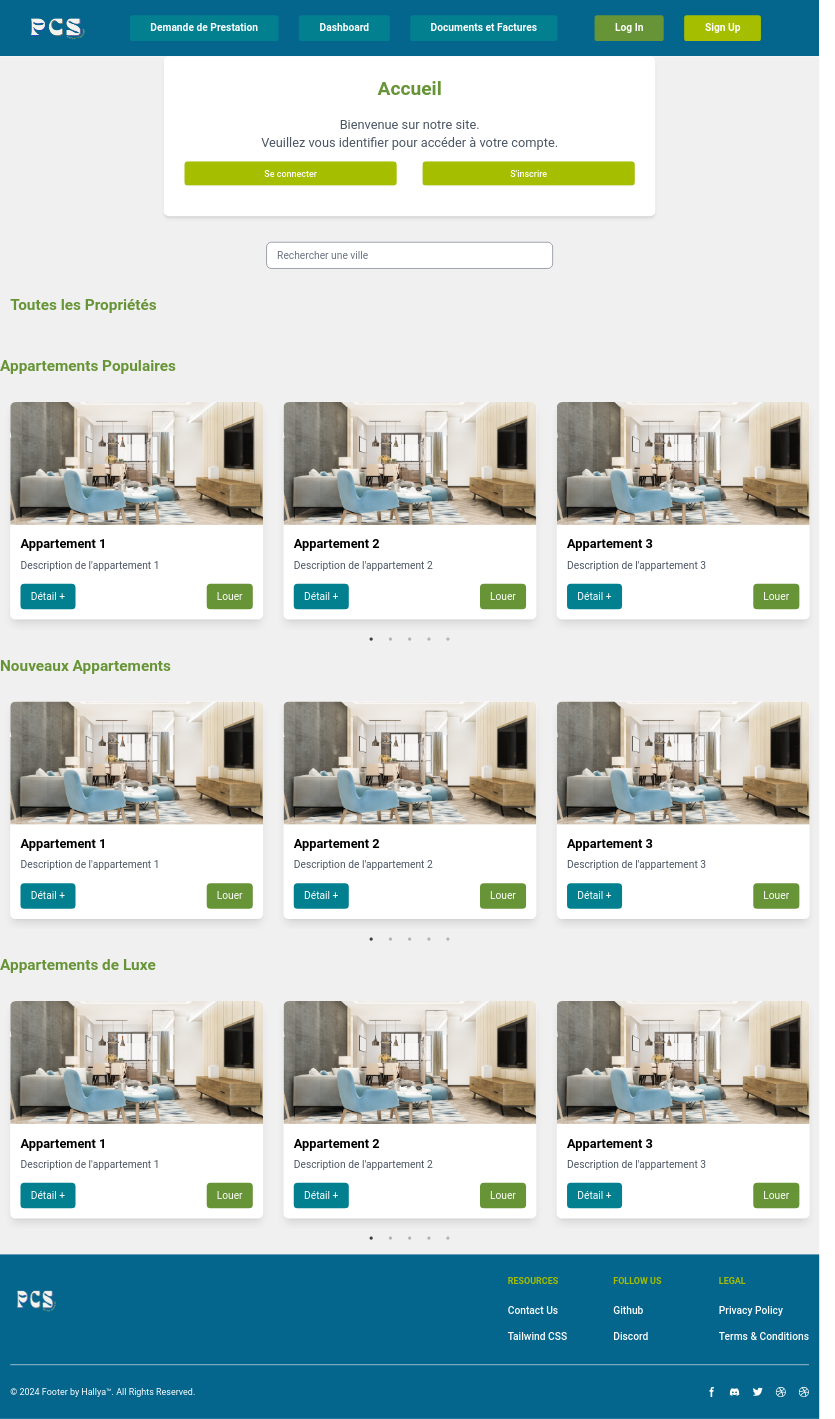
Repository: HATTOUNGBRE/ProjetAnnuel2
Page: / (app in FRONT/)
The author's editor kept a copy of each file at every save. The page is drawn from the files as they stood at one save, then again after the next save.
The browser window is 1280 px wide. The page is 1305 px wide, so the pictures cover 1305 px, including what lies to the right of the window. The pictures show the whole page, at 64% of full size.
The page's requests for data from a server got no answer. The project was rebuilt for these pictures with package versions that can differ from the ones it lists, and the page was loaded fresh each time. No one was signed in, and anything a server would have sent is missing. Also part of the build but not shown: FRONT/vite.config.js, FRONT/src/components/PropertyCard.jsx, FRONT/src/components/Contact.jsx, FRONT/src/components/CatUser.jsx, FRONT/src/components/Login.jsx, FRONT/src/components/prestataire/PrestataireType.jsx, FRONT/src/components/prestataire/PrestataireDetails.jsx, FRONT/src/components/Account.jsx and 14 more.

Above is the page before, as saved 2024-06-28 10:50:18.

### FRONT/src/main.jsx
import React from 'react'
import ReactDOM from 'react-dom/client'
import App from './App.jsx'
import './App.css'
import { AuthProvider } from './components/AuthContext';
import {
  BrowserRouter,
  Route,
  Link
} from "react-router-dom";

ReactDOM.createRoot(document.getElementById('root')).render(
  <React.StrictMode>
    <AuthProvider>
    <App />
    </AuthProvider>
  </React.StrictMode>,
)

### FRONT/src/App.css
@tailwind base;
@tailwind components;
@tailwind utilities;

html, body {
  height: 100%;
  width: 100%;
  margin: 0;
  padding: 0;
  font-family: 'Roboto', sans-serif;
}


.logo {
  height: 5em;
  width: 7em;
  /* will-change: filter; */
  transition: filter 300ms;
}
.logo:hover {
}
.logo.react:hover {
  filter: drop-shadow(0 0 2em #61dafbaa);
}

@keyframes logo-spin {
  from {
    transform: rotate(0deg);
  }
  to {
    transform: rotate(360deg);
  }
}


.card {
  padding: 2em;
}

.read-the-docs {
  color: #888;
}
footer {
  position: absolute;
  left: 0;
  bottom: 0;
  width: 100%;
}
html, body {
  height: 100%;
  margin: 0;
  padding: 0;

}



footer {
  flex-shrink: 0; /* Empêche le pied de page de rétrécir si le contenu est trop grand */
}

.main-content {
  flex: 1;
  padding: 24px;
  overflow-y: auto;
  display: flex;
  flex-direction: column;
}

### FRONT/src/components/Header.jsx
import { useState, useEffect } from 'react';
import Nav from './Nav';
import { Link } from "react-router-dom";

function Header(props) {
  const { isLoggedIn, userRole } = props;

  return (
    <div>
      <header className="bg-pcs-200 sticky top-0 z-[20]">
        <nav className="bg-pcs-200 border-gray-200 dark:bg-gray-900 w-full">
          <div className="w-full flex flex-wrap items-center justify-around p-1">
            <Link to="/" className="flex items-center space-x-3 rtl:space-x-reverse">
              <img src="/public/images/fullDay.png" className="h-8 logo" alt="PCSLogo" />
            </Link>
            <Nav isLoggedIn={isLoggedIn} userRole={userRole} />
            <button
              data-collapse-toggle="navbar-default"
              type="button"
              className="inline-flex items-center p-2 w-10 h-10 justify-center text-sm text-gray-500 rounded-lg md:hidden focus:outline-none focus:ring-2 focus:ring-gray-200 dark:text-gray-400 dark:focus:ring-gray-600"
              aria-controls="navbar-default"
              aria-expanded="false"
            >
              <span className="sr-only">Open main menu</span>
              <svg
                className="w-5 h-5"
                aria-hidden="true"
                xmlns="http://www.w3.org/2000/svg"
                fill="none"
                viewBox="0 0 17 14"
              >
                <path
                  stroke="currentColor"
                  strokeLinecap="round"
                  strokeLinejoin="round"
                  strokeWidth="2"
                  d="M1 1h15M1 7h15M1 13h15"
                />
              </svg>
            </button>
            <div className="hidden w-full md:block md:w-auto" id="navbar-default"></div>
          </div>
        </nav>
      </header>
    </div>
  );
}

export default Header;

### FRONT/src/components/Main.jsx
// src/components/Main.jsx
import React, { useState, useContext, useEffect } from 'react';
import AuthContext from './AuthContext';
import { Link } from 'react-router-dom';
import PropertyRow from './PropertyRow';
import Slider from 'react-slick';
import 'slick-carousel/slick/slick.css';
import 'slick-carousel/slick/slick-theme.css';

function Main() {
  const { isLoggedIn, userRole } = useContext(AuthContext);

  const [searchTerm, setSearchTerm] = useState('');
  const [cities, setCities] = useState([]);

  useEffect(() => {
    if (searchTerm.length >= 2) {
      searchCities(searchTerm);
    } else {
      setCities([]);
    }
  }, [searchTerm]);

  const searchCities = async (term) => {
    try {
      const response = await fetch(`https://geo.api.gouv.fr/communes?nom=${term}&fields=departement&boost=population&limit=5`);
      const data = await response.json();
      setCities(data);
    } catch (error) {
      console.error('Error fetching cities:', error);
    }
  };

  const sliderSettings = {
    dots: true,
    infinite: true,
    speed: 500,
    slidesToShow: 3,
    slidesToScroll: 1,
    responsive: [
      {
        breakpoint: 1024,
        settings: {
          slidesToShow: 2,
          slidesToScroll: 1,
          infinite: true,
          dots: true
        }
      },
      {
        breakpoint: 600,
        settings: {
          slidesToShow: 1,
          slidesToScroll: 1
        }
      }
    ]
  };

  const defaultImageUrl = '/uploads/property_photos/default_appart.jpg';

  return (
    <div className="min-h-screen bg-pcs-100 flex flex-col items-center justify-center">
      <div className="max-w-3xl w-full p-8 bg-white shadow-md rounded-lg text-center">
        <h1 className="text-3xl font-semibold text-pcs-400 mb-6">Accueil</h1>
        {isLoggedIn ? (
          <p className="text-xl text-pcs-300">
            Vous êtes connecté.e en tant que <span className="font-bold">{userRole}</span>
          </p>
        ) : (
          <div>
            <p className="text-xl text-gray-600">Bienvenue sur notre site.</p>
            <p className="text-xl text-gray-600">Veuillez vous identifier pour accéder à votre compte.</p>
            <div className='flex justify-center mt-4 space-x-10'>
              <button className='w-full px-4 mb-4 py-2 text-sm font-medium text-white bg-pcs-300 border border-transparent rounded-md shadow-sm hover:bg-pcs-400'>
                <Link to="/components/catUser">Se connecter</Link>
              </button>
              <button className='w-full px-4 mb-4 py-2 text-sm font-medium text-white bg-pcs-300 border border-transparent rounded-md shadow-sm hover:bg-pcs-400'>
                <Link to="/components/inscription">S'inscrire</Link>
              </button>
            </div>
          </div>
        )}
      </div>

      {/* Barre de recherche de villes */}
      <div className="mt-10 w-full max-w-md">
        <input
          type="text"
          className="w-full px-4 py-2 border rounded-lg focus:outline-none focus:ring-2 focus:ring-blue-500"
          placeholder="Rechercher une ville"
          value={searchTerm}
          onChange={(e) => setSearchTerm(e.target.value)}
        />
        {cities.length > 0 && (
          <ul className="mt-2 bg-white border rounded-lg">
            {cities.map((city) => (
              <li key={city.code} className="px-4 py-2 border-b last:border-b-0">
                {city.nom} ({city.departement.nom})
              </li>
            ))}
          </ul>
        )}
      </div>

      {/* Categories with carousels */}
      <PropertyRow title="Toutes les Propriétés" apiUrl="http://localhost:8000/api/properties" />
      <div className="mt-10 w-full">
        <h2 className="text-2xl font-semibold text-pcs-400 mb-6">Appartements Populaires</h2>
        <Slider {...sliderSettings}>
          {[1, 2, 3, 4, 5].map(item => (
            <div key={item} className="p-4">
              <div className="bg-white shadow-lg rounded-lg overflow-hidden">
                <img src={defaultImageUrl} alt={`Appartement ${item}`} className="h-48 w-full object-cover" />
                <div className="p-4">
                  <h3 className="text-xl font-semibold mb-2">Appartement {item}</h3>
                  <p className="text-gray-600 mb-4">Description de l'appartement {item}</p>
                  <div className="flex justify-between">
                    <button className="bg-pcs-250 hover:bg-pcs-200 text-white py-2 px-4 rounded-md">Détail +</button>
                    <button className="bg-pcs-400 text-white py-2 px-4 rounded-md">Louer</button>
                  </div>
                </div>
              </div>
            </div>
          ))}
        </Slider>
      </div>

      <div className="mt-10 w-full">
        <h2 className="text-2xl font-semibold text-pcs-400 mb-6">Nouveaux Appartements</h2>
        <Slider {...sliderSettings}>
          {[1, 2, 3, 4, 5].map(item => (
            <div key={item} className="p-4">
              <div className="bg-white shadow-lg rounded-lg overflow-hidden">
                <img src={defaultImageUrl} alt={`Appartement ${item}`} className="h-48 w-full object-cover" />
                <div className="p-4">
                  <h3 className="text-xl font-semibold mb-2">Appartement {item}</h3>
                  <p className="text-gray-600 mb-4">Description de l'appartement {item}</p>
                  <div className="flex justify-between">
                    <button className="bg-pcs-250 hover:bg-pcs-200 text-white py-2 px-4 rounded-md">Détail +</button>
                    <button className="bg-pcs-400 text-white py-2 px-4 rounded-md">Louer</button>
                  </div>
                </div>
              </div>
            </div>
          ))}
        </Slider>
      </div>

      <div className="mt-10 mb-10 w-full">
        <h2 className="text-2xl font-semibold text-pcs-400 mb-6">Appartements de Luxe</h2>
        <Slider {...sliderSettings}>
          {[1, 2, 3, 4, 5].map(item => (
            <div key={item} className="p-4">
              <div className="bg-white shadow-lg rounded-lg overflow-hidden">
                <img src={defaultImageUrl} alt={`Appartement ${item}`} className="h-48 w-full object-cover" />
                <div className="p-4">
                  <h3 className="text-xl font-semibold mb-2">Appartement {item}</h3>
                  <p className="text-gray-600 mb-4">Description de l'appartement {item}</p>
                  <div className="flex justify-between">
                    <button className="bg-pcs-250 hover:bg-pcs-200 text-white py-2 px-4 rounded-md">Détail +</button>
                    <button className="bg-pcs-400 text-white py-2 px-4 rounded-md">Louer</button>
                  </div>
                </div>
              </div>
            </div>
          ))}
        </Slider>
      </div>
    </div>
  );
}

export default Main;

### FRONT/src/components/Nav.jsx
import { Link } from "react-router-dom";

function Nav(props) {
    const { isLoggedIn, userRole } = props;

    console.log('isLoggedIn page NAV:', isLoggedIn);
    return (
        <>
            <div className='flex space-x-8'>
                <Link to={`/${userRole}/Reservation`}>
                    <button className="bg-pcs-250 hover:bg-pcs-300 text-white font-bold py-2 px-8 rounded">
                        Demande de Prestation
                    </button>
                </Link>

                <Link to={`/components/dashboard/${userRole}`}>
                    <button className="bg-pcs-250 hover:bg-pcs-300 text-white font-bold py-2 px-8 rounded">
                        Dashboard
                    </button>
                </Link>

                <Link to={`/${userRole}/Prestation`}>
                    <button className="bg-pcs-250 hover:bg-pcs-300 text-white font-bold py-2 px-8 rounded">
                        Documents et Factures
                    </button>
                </Link>
            </div>
            {isLoggedIn ? (
                <div className='flex space-x-8'>
                    <Link to='/account'>
                        <button className="bg-pcs-400 hover:bg-pcs-700 text-white font-bold py-2 px-8 rounded">
                            Account
                        </button>
                    </Link>
                    <Link to='/logout'>
                        <button className="bg-pcs-300 hover:bg-pcs-600 text-white font-bold py-2 px-8 rounded">
                            Log out
                        </button>
                    </Link>

                </div>
            ) : (
                <div className='flex space-x-8'>
                    <Link to='/components/catuser'>
                        <button className="bg-pcs-400 hover:bg-pcs-700 text-white font-bold py-2 px-8 rounded">
                            Log In
                        </button>
                    </Link>

                    <Link to='/components/Inscription'>
                        <button className="bg-pcs-300 hover:bg-pcs-600 text-white font-bold py-2 px-8 rounded">
                            Sign Up
                        </button>
                    </Link>
                </div>
            )}
        </>
    );
};

export default Nav;

### FRONT/src/components/LogOut.jsx
import React, { useContext, useEffect } from 'react';
import { useNavigate } from 'react-router-dom';
import AuthContext from './AuthContext';

const LogOut = () => {
  const { logout } = useContext(AuthContext);
  const navigate = useNavigate();

  useEffect(() => {
    logout();
    navigate('/');
  }, [logout, navigate]);

  return null;
};

export default LogOut;

### FRONT/src/components/PropertyRow.jsx
// src/components/PropertyRow.jsx
import React, { useEffect, useState } from 'react';
import Slider from 'react-slick';
import PropertyCard from './PropertyCard';
import 'slick-carousel/slick/slick.css';
import 'slick-carousel/slick/slick-theme.css';

const PropertyRow = ({ title, apiUrl }) => {
  const [properties, setProperties] = useState([]);

  useEffect(() => {
    const fetchProperties = async () => {
      try {
        const response = await fetch(apiUrl);
        const data = await response.json();
        setProperties(data);
      } catch (error) {
        console.error('Error fetching properties:', error);
      }
    };

    fetchProperties();
  }, [apiUrl]);

  const sliderSettings = {
    dots: true,
    infinite: true,
    speed: 500,
    slidesToShow: 3,
    slidesToScroll: 1,
    responsive: [
      {
        breakpoint: 1024,
        settings: {
          slidesToShow: 2,
          slidesToScroll: 1,
          infinite: true,
          dots: true
        }
      },
      {
        breakpoint: 600,
        settings: {
          slidesToShow: 1,
          slidesToScroll: 1
        }
      }
    ]
  };

  return (
    <div className="mt-10 w-full">
      <h2 className=" ml-4 text-2xl font-semibold text-pcs-400 mb-6">{title}</h2>
      <Slider {...sliderSettings}>
        {properties.map(property => (
          <div key={property.id} className="p-4">
            <PropertyCard property={property} />
          </div>
        ))}
      </Slider>
    </div>
  );
};

export default PropertyRow;

Loaded but not shown: FRONT/index.html (common file); FRONT/tailwind.config.js (26 lines, source omitted); FRONT/src/components/Footer.jsx (91 lines, source omitted); FRONT/src/App.jsx (95 lines, source omitted); FRONT/src/components/AuthContext.jsx (90 lines, source omitted)

After the next save:
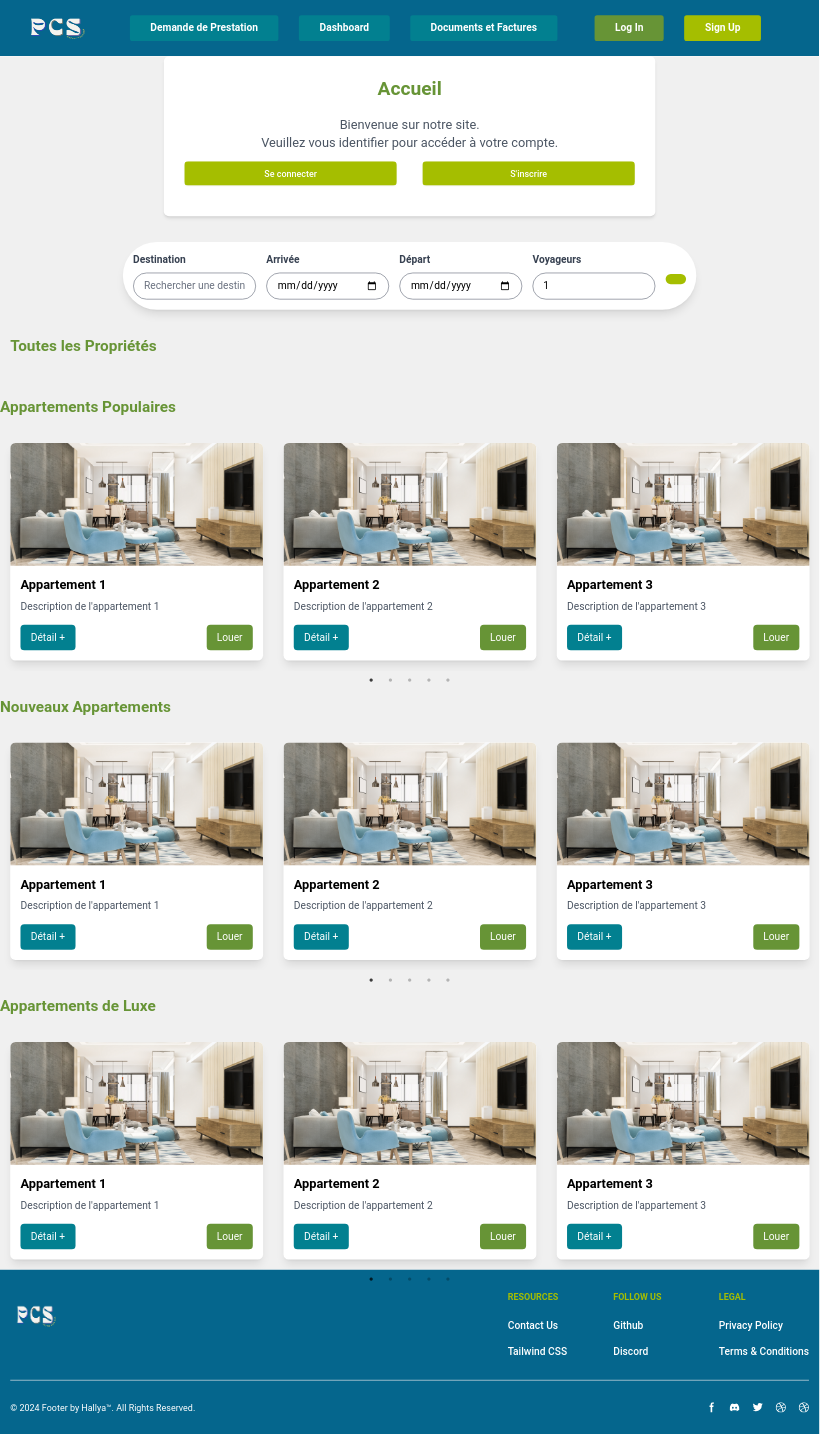
Saved 3 h 31 min later.
--- a/FRONT/src/components/Main.jsx
+++ b/FRONT/src/components/Main.jsx
@@ -1,4 +1,3 @@
-// src/components/Main.jsx
 import React, { useState, useContext, useEffect } from 'react';
 import AuthContext from './AuthContext';
 import { Link } from 'react-router-dom';
@@ -12,6 +11,9 @@ function Main() {
 
   const [searchTerm, setSearchTerm] = useState('');
   const [cities, setCities] = useState([]);
+  const [arrivalDate, setArrivalDate] = useState('');
+  const [departureDate, setDepartureDate] = useState('');
+  const [guests, setGuests] = useState(1);
 
   useEffect(() => {
     if (searchTerm.length >= 2) {
@@ -29,6 +31,12 @@ function Main() {
     } catch (error) {
       console.error('Error fetching cities:', error);
     }
+  };
+
+  const handleSearch = (e) => {
+    e.preventDefault();
+    // Add your search logic here
+    console.log('Searching for:', searchTerm, arrivalDate, departureDate, guests);
   };
 
   const sliderSettings = {
@@ -57,8 +65,6 @@ function Main() {
     ]
   };
 
-  const defaultImageUrl = '/uploads/property_photos/default_appart.jpg';
-
   return (
     <div className="min-h-screen bg-pcs-100 flex flex-col items-center justify-center">
       <div className="max-w-3xl w-full p-8 bg-white shadow-md rounded-lg text-center">
@@ -83,24 +89,62 @@ function Main() {
         )}
       </div>
 
-      {/* Barre de recherche de villes */}
-      <div className="mt-10 w-full max-w-md">
-        <input
-          type="text"
-          className="w-full px-4 py-2 border rounded-lg focus:outline-none focus:ring-2 focus:ring-blue-500"
-          placeholder="Rechercher une ville"
-          value={searchTerm}
-          onChange={(e) => setSearchTerm(e.target.value)}
-        />
-        {cities.length > 0 && (
-          <ul className="mt-2 bg-white border rounded-lg">
-            {cities.map((city) => (
-              <li key={city.code} className="px-4 py-2 border-b last:border-b-0">
-                {city.nom} ({city.departement.nom})
-              </li>
-            ))}
-          </ul>
-        )}
+      {/* Barre de recherche */}
+      <div className="mt-10 w-full max-w-4xl bg-white shadow-lg rounded-full p-4">
+        <form onSubmit={handleSearch} className="flex items-center space-x-4">
+          <div className="flex-1">
+            <label className="block text-gray-700 font-bold mb-2">Destination</label>
+            <input
+              type="text"
+              placeholder="Rechercher une destination"
+              value={searchTerm}
+              onChange={(e) => setSearchTerm(e.target.value)}
+              className="w-full px-4 py-2 border rounded-full focus:outline-none"
+            />
+            {cities.length > 0 && (
+              <ul className="mt-2 bg-white border rounded-lg">
+                {cities.map((city) => (
+                  <li key={city.code} className="px-4 py-2 border-b last:border-b-0">
+                    {city.nom} ({city.departement.nom})
+                  </li>
+                ))}
+              </ul>
+            )}
+          </div>
+          <div className="flex-1">
+            <label className="block text-gray-700 font-bold mb-2">Arrivée</label>
+            <input
+              type="date"
+              value={arrivalDate}
+              onChange={(e) => setArrivalDate(e.target.value)}
+              className="w-full px-4 py-2 border rounded-full focus:outline-none"
+            />
+          </div>
+          <div className="flex-1">
+            <label className="block text-gray-700 font-bold mb-2">Départ</label>
+            <input
+              type="date"
+              value={departureDate}
+              onChange={(e) => setDepartureDate(e.target.value)}
+              className="w-full px-4 py-2 border rounded-full focus:outline-none"
+            />
+          </div>
+          <div className="flex-1">
+            <label className="block text-gray-700 font-bold mb-2">Voyageurs</label>
+            <input
+              type="number"
+              value={guests}
+              onChange={(e) => setGuests(e.target.value)}
+              min="1"
+              className="w-full px-4 py-2 border rounded-full focus:outline-none"
+            />
+          </div>
+          <div className="flex-shrink-0">
+            <button type="submit" className="bg-pcs-300 text-white px-4 py-2 rounded-full hover:bg-pcs-400">
+              <i className="fa fa-search"></i>
+            </button>
+          </div>
+        </form>
       </div>
 
       {/* Categories with carousels */}
@@ -111,7 +155,7 @@ function Main() {
           {[1, 2, 3, 4, 5].map(item => (
             <div key={item} className="p-4">
               <div className="bg-white shadow-lg rounded-lg overflow-hidden">
-                <img src={defaultImageUrl} alt={`Appartement ${item}`} className="h-48 w-full object-cover" />
+                <img src="http://localhost:8000/uploads/property_photos/default_appart.jpg" alt={`Appartement ${item}`} className="h-48 w-full object-cover" />
                 <div className="p-4">
                   <h3 className="text-xl font-semibold mb-2">Appartement {item}</h3>
                   <p className="text-gray-600 mb-4">Description de l'appartement {item}</p>
@@ -132,7 +176,7 @@ function Main() {
           {[1, 2, 3, 4, 5].map(item => (
             <div key={item} className="p-4">
               <div className="bg-white shadow-lg rounded-lg overflow-hidden">
-                <img src={defaultImageUrl} alt={`Appartement ${item}`} className="h-48 w-full object-cover" />
+                <img src="http://localhost:8000/uploads/property_photos/default_appart.jpg" alt={`Appartement ${item}`} className="h-48 w-full object-cover" />
                 <div className="p-4">
                   <h3 className="text-xl font-semibold mb-2">Appartement {item}</h3>
                   <p className="text-gray-600 mb-4">Description de l'appartement {item}</p>
@@ -147,13 +191,13 @@ function Main() {
         </Slider>
       </div>
 
-      <div className="mt-10 mb-10 w-full">
+      <div className="mt-10 w-full">
         <h2 className="text-2xl font-semibold text-pcs-400 mb-6">Appartements de Luxe</h2>
         <Slider {...sliderSettings}>
           {[1, 2, 3, 4, 5].map(item => (
             <div key={item} className="p-4">
               <div className="bg-white shadow-lg rounded-lg overflow-hidden">
-                <img src={defaultImageUrl} alt={`Appartement ${item}`} className="h-48 w-full object-cover" />
+                <img src="http://localhost:8000/uploads/property_photos/default_appart.jpg" alt={`Appartement ${item}`} className="h-48 w-full object-cover" />
                 <div className="p-4">
                   <h3 className="text-xl font-semibold mb-2">Appartement {item}</h3>
                   <p className="text-gray-600 mb-4">Description de l'appartement {item}</p>
